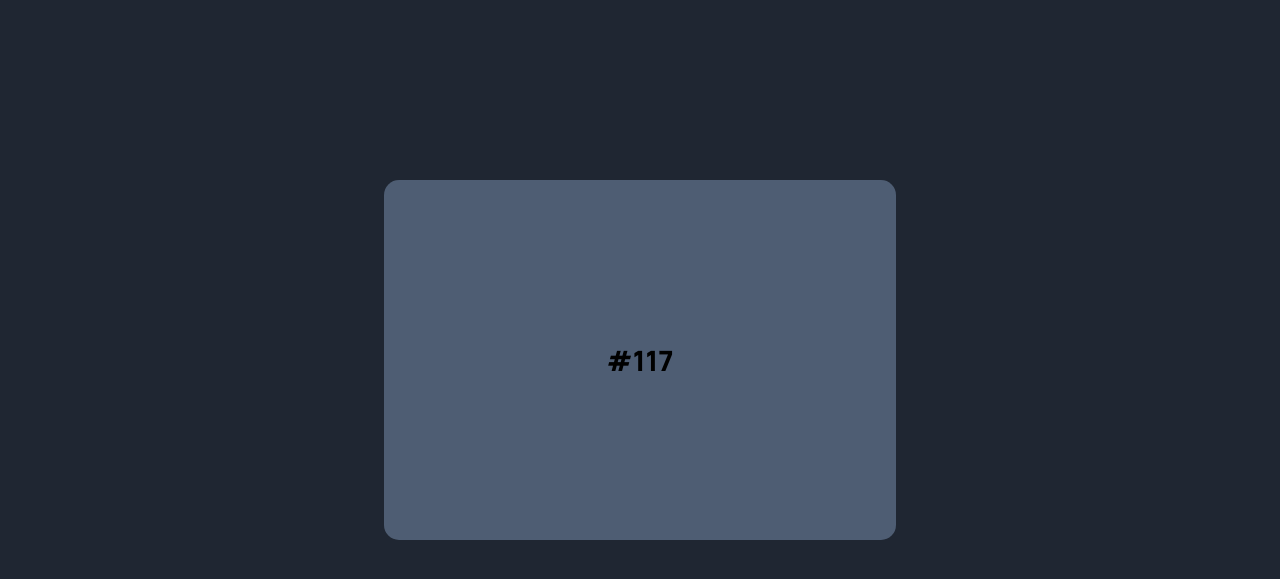
Repository: WindOfCodes/advice-generator-app
Page: index.html
An editor plug-in stored every save of this project. The page is shown before and after the next save, followed by the edit.
The browser window is 1280 px wide. The pictures show the whole page.

Above is the page before, as saved 2022-11-25 22:07:01.

After the next save:
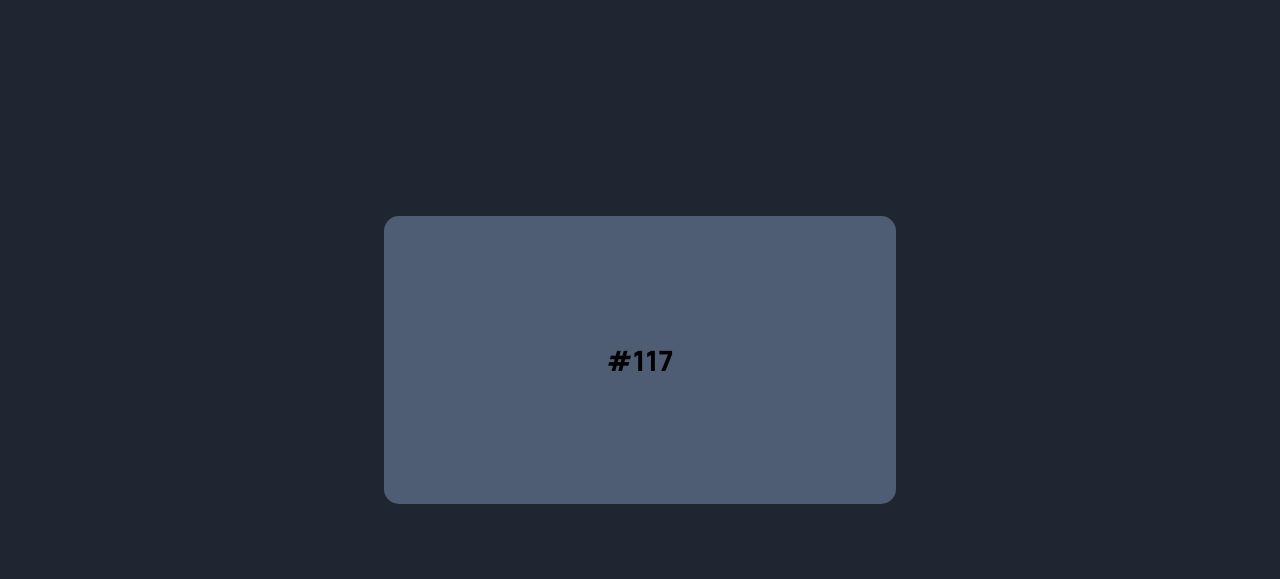
Saved 16 s later.
--- a/styles/main.css
+++ b/styles/main.css
@@ -22,7 +22,7 @@ body {
 .card {
   background-color: hsl(217, 19%, 38%);
   width: 40%;
-  min-height: 50%;
+  min-height: 40%;
   display: flex;
   position: absolute;
   top: 50%;
